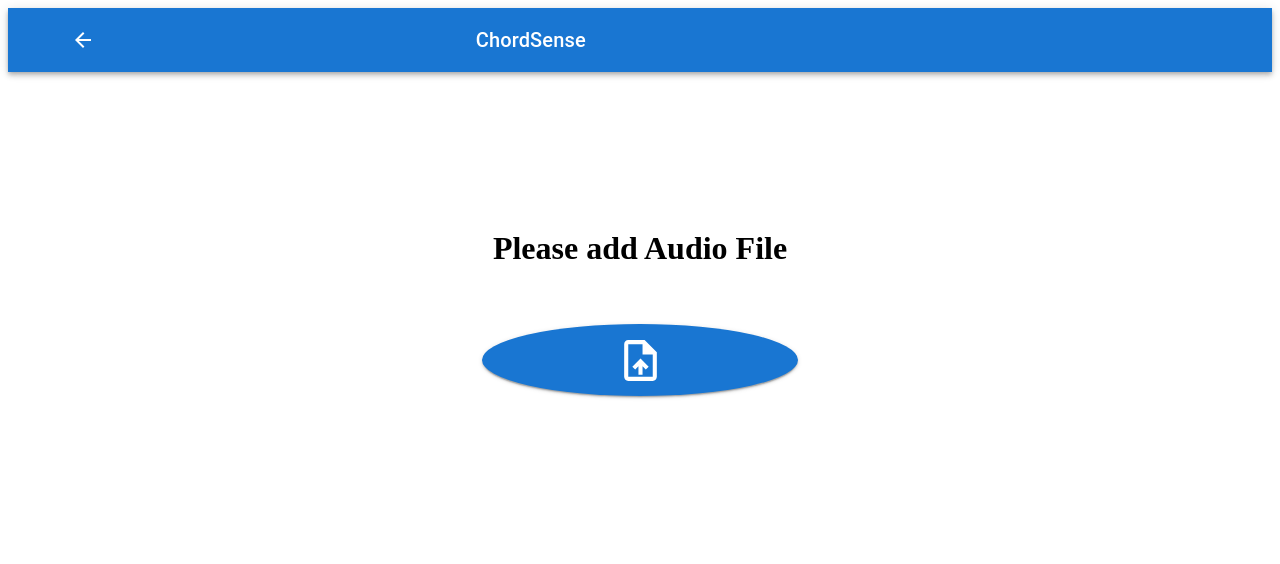
Repository: shamu332/ChordSense
Page: / (app in ui/)
An editor plug-in stored every save of this project. The page is shown before and after the next save, followed by the edit.
The browser window is 1280 px wide. The pictures show the whole page.
The project was rebuilt for these pictures with package versions that can differ from the ones it lists, and the page was loaded fresh each time. Also part of the build but not shown: ui/src/pages/Results.js.

Above is the page before, as saved 2023-03-11 14:49:16.

### ui/src/index.js

import React from "react";
import ReactDOM from "react-dom";
import { BrowserRouter as Router, Routes, Route } from "react-router-dom";
import Results from "./pages/Results";
import Landing from "./pages/Landing";

ReactDOM.render(
  <>
    <Router>
      <Routes>
        <Route path="/" element={<Landing />} />
        <Route path="/results" element={<Results />} />
      </Routes>
    </Router>
  </>,
  document.getElementById("root")
);

### ui/src/pages/Landing.js
import React, { useState } from "react";
import Header from "../Header";
import CircularProgress from "@mui/material/CircularProgress";
import UploadFileIcon from '@mui/icons-material/UploadFile';
import Button from '@mui/material/Button';
import { useNavigate } from "react-router-dom";

function Scanner() {
  const [loader, setLoader] = useState(false);
  let navigate = useNavigate();

  function toggleLoader() {
    setLoader(!loader);
  }


  return (
    <>
      <Header />
      <div
        style={{
          display: "flex",
          justifyContent: "center",
          alignItems: "flex-end",
          height: "30vh",
        }}
      >
        <h1>
            Please add Audio File
        </h1>
      </div>
      {loader ? (
        <div
          style={{
            display: "flex",
            justifyContent: "center",
            alignItems: "center",
            height: "30vh",
          }}
        >
          <CircularProgress />
        </div>
      ) : (
        <>
          <div
            style={{
              display: "flex",
              justifyContent: "center",
              alignItems: "center",
              height:"20vh",
            }}
          >
            <Button variant="contained"
             style={{
                width: '25%',
                height: '50%',
                borderRadius: '50%'}}>
                <UploadFileIcon
                style={{
                    fontSize: "350%"
                }}></UploadFileIcon>
                </Button>
          </div>
          <div
            style={{
              display: "flex",
              justifyContent: "center",
              alignItems: "center",
              height: "20vh",
            }}
          >
          </div>
        </>
      )}
    </>
  );
}

export default Scanner;

### ui/src/Header.js
import * as React from "react";
import AppBar from "@mui/material/AppBar";
import Box from "@mui/material/Box";
import Toolbar from "@mui/material/Toolbar";
import Typography from "@mui/material/Typography";
import IconButton from "@mui/material/IconButton";
import ArrowBackIcon from "@mui/icons-material/ArrowBack";
import { useNavigate } from "react-router-dom";

export default function Header() {
  const navigate = useNavigate();
  return (
    <Box sx={{ flexGrow: 1 }}>
      <AppBar position="static">
        <Toolbar>
          <IconButton
            size="large"
            edge="start"
            color="inherit"
            aria-label="menu"
            sx={{ mr: 2 }}
          ></IconButton>
          <ArrowBackIcon
            onClick={() => navigate(-1)}
            sx={{ position: "absolute", left: "5%" }}
          />
          <Typography
            variant="h6"
            component="div"
            sx={{ flexGrow: 1, position: "absolute", left: "37%" }}
          >
            ChordSense
          </Typography>
        </Toolbar>
      </AppBar>
    </Box>
  );
}

Loaded but not shown: ui/public/index.html (common file)

After the next save:
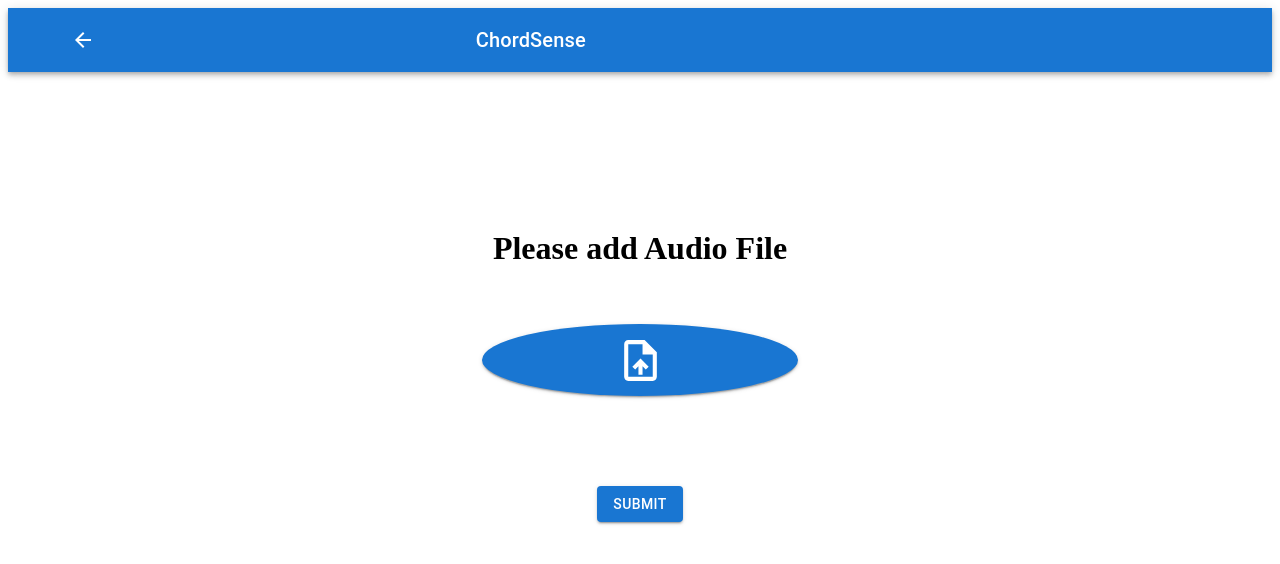
Saved 112 s later.
--- a/ui/src/pages/Landing.js
+++ b/ui/src/pages/Landing.js
@@ -69,6 +69,14 @@ function Scanner() {
               height: "20vh",
             }}
           >
+            <Button
+              variant="contained"
+              onClick={() => {
+                toggleLoader();
+              }}
+            >
+              Submit
+            </Button>
           </div>
         </>
       )}
